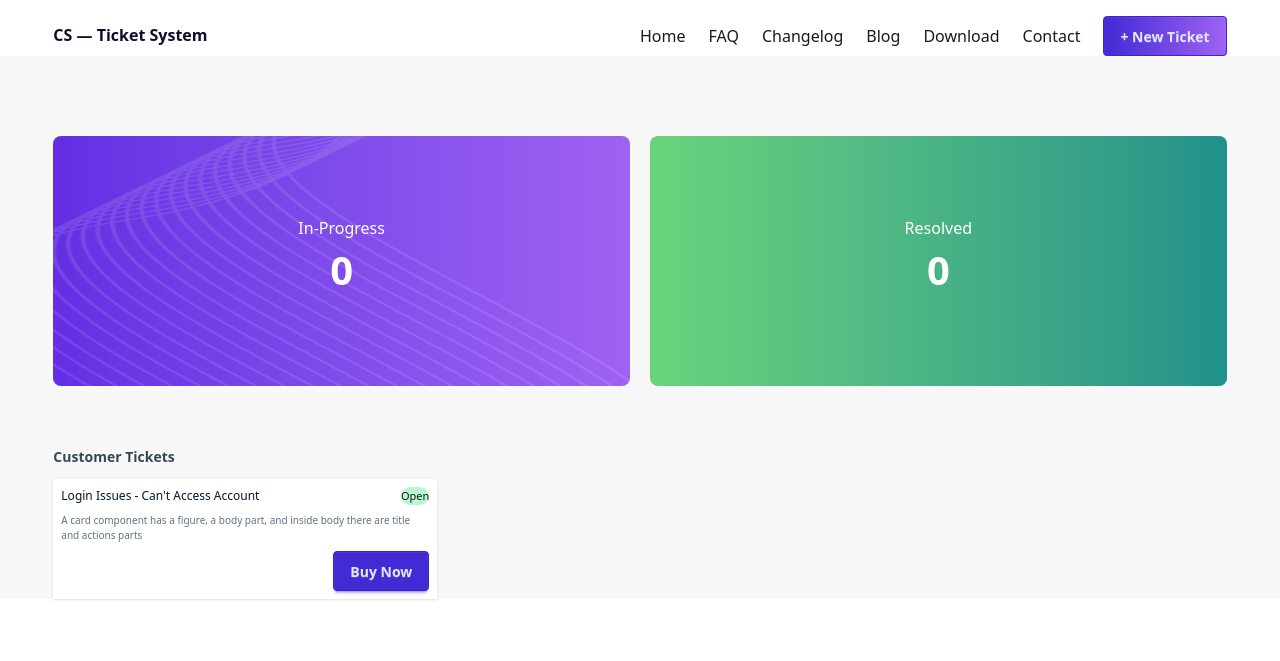
Repository: SanjidaSnigdha/Customer-Support-Zone
Page: /
An editor plug-in stored every save of this project. The page is shown before and after the next save, followed by the edit.
The browser window is 1280 px wide. The pictures show the whole page.
The project was rebuilt for these pictures with package versions that can differ from the ones it lists, and the page was loaded fresh each time. Also part of the build but not shown: vite.config.js, src/App.css.

Above is the page before, as saved 2026-03-24 03:32:57.

### index.html
<!doctype html>
<html lang="en">
  <head>
    <meta charset="UTF-8" />
    <link rel="icon" type="image/svg+xml" href="/favicon.svg" />
    <meta name="viewport" content="width=device-width, initial-scale=1.0" />
    <title>customer-support-zone</title>
  </head>
  <body>
    <div id="root"></div>
    <script type="module" src="/src/main.jsx"></script>
  </body>
</html>

### src/index.css
 @import "tailwindcss";
 @plugin "daisyui" {
  themes: light --default, dark --prefersdark;
  themes: light --default;
 }

### src/App.jsx
import { Suspense, useState } from 'react'
import './App.css'
import Navbar from './component/Navbar/Navbar'
import Banner from './component/Banner/Banner'
import CustomerTickets from './component/CustomerTickets/CustomerTickets'

const fetchTickets = async()=>{
  const res = await fetch("/customers.json")
  return res.json()
}

function App() {
  const customerPromise = fetchTickets()

  return (
    <>
    <div className='flex flex-col'>
   <Navbar></Navbar>
   <div className='flex-1 bg-base-200'>
    <Banner></Banner>
    <Suspense fallback={<span className="loading loading-spinner loading-xl"></span>
}>
          <CustomerTickets customerPromise={customerPromise}></CustomerTickets>

    </Suspense>
   </div>
   </div>

    </>
  )
}

export default App

### src/component/Navbar/Navbar.jsx
import React from 'react';

const Navbar = () => {
    return (
        <div className='flex justify-between w-11/12 mx-auto mt-4'>
            <div className='navbar-start'>
                <h1 className='w-[833px] h-[26px] font-bold text-[#130B2D]'>CS — Ticket System</h1>
            </div>
            <div className='navbar-end justify-between gap-3 text-[#000000]/90'>
                <a>Home</a>
                <a>FAQ</a>
                <a>Changelog</a>
                <a>Blog</a>
                <a>Download</a>
                <a>Contact</a>
         <button className='btn btn-primary bg-gradient-to-r from [#632EE3] to-[#9F62F2]'>+ New Ticket</button>
            </div>
        </div>
    );
};

export default Navbar;

### src/component/Banner/Banner.jsx
import React from 'react';
import vectorImg1 from '../../assets/vector1.png'
import vectorImg2 from '../../assets/vector2.png'

const Banner = () => {
    return (
        <div className='flex justify-between w-11/12 mx-auto mt-20 gap-5'>
            <div className='relative'>
             <img src={vectorImg1} alt="" className=' bg-gradient-to-r from-[#632EE3] to-[#9F62F2] w-[700px] h-[250px] rounded-[8px]'/>
             <p className='absolute text-center inset-20 text-[#FFFFFF]'>In-Progress<br /><span className='font-bold text-[#FFFFFF] text-[40px]'>
                0</span></p>

            </div>
            <div className='relative'>
      <img src={vectorImg2} alt="" className='bg-gradient-to-r from-[#54CF68] to-[#00827A] w-[700px] h-[250px] rounded-[8px]'/>
        <p className='absolute text-center inset-20 text-[#FFFFFF]'>Resolved<br /><span className='font-bold text-[#FFFFFF] text-[40px]'>
                0</span></p>

            </div>
        </div>
    );
};

export default Banner;

### src/component/CustomerTickets/CustomerTickets.jsx
import React, { use } from 'react';
const CustomerTickets = ({customerPromise}) => {
    const customerTicket = use(customerPromise)
    console.log(customerTicket)
    return (
        <div className='w-11/12 mx-auto'>
        <h1 className='font-semibold text-[#34485A] text-[14px] mt-15'>Customer Tickets</h1>

       <div className="card w-96 bg-base-100 card-xs shadow-sm mt-3 rounded-none">
  <div className="card-body">
    <div className='flex justify-between'>
     <h2 className="card-title text-[#001931] font-medium text-[12px]">Login Issues - Can't Access Account</h2>
     <button className='rounded-4xl bg-[#B9F8CF]'>Open</button>

    </div>
    <p className='text-[#627382] text-[10px] font-medium'>A card component has a figure, a body part, and inside body there are title and actions parts</p>
    <div className="justify-end card-actions">
      <button className="btn btn-primary">Buy Now</button>
    </div>
  </div>
</div>
        </div>
    );
};

export default CustomerTickets;

### public/customers.json
[
  {
    "id": 1,
    "title": "Login Issue",
    "description": "Customer unable to login with correct credentials.",
    "customer": "Alice Johnson",
    "priority": "High",
    "status": "Open",
    "createdAt": "2026-03-20T10:15:00Z"
  },
  {
    "id": 2,
    "title": "Payment Failure",
    "description": "Transaction failed while trying to purchase subscription.",
    "customer": "Bob Smith",
    "priority": "High",
    "status": "Pending",
    "createdAt": "2026-03-21T14:22:00Z"
  },
  {
    "id": 3,
    "title": "Feature Request",
    "description": "Request to add dark mode in dashboard.",
    "customer": "Charlie Brown",
    "priority": "Medium",
    "status": "Open",
    "createdAt": "2026-03-22T09:30:00Z"
  },
  {
    "id": 4,
    "title": "Bug in Reports",
    "description": "Monthly report shows incorrect sales numbers.",
    "customer": "Diana Prince",
    "priority": "High",
    "status": "In Progress",
    "createdAt": "2026-03-22T11:45:00Z"
  },
  {
    "id": 5,
    "title": "Password Reset",
    "description": "Customer forgot password and cannot reset it via email.",
    "customer": "Ethan Hunt",
    "priority": "Medium",
    "status": "Resolved",
    "createdAt": "2026-03-23T08:10:00Z"
  },
  {
    "id": 6,
    "title": "Account Deactivation",
    "description": "Customer wants to deactivate account permanently.",
    "customer": "Fiona Gallagher",
    "priority": "Low",
    "status": "Pending",
    "createdAt": "2026-03-23T12:05:00Z"
  },
  {
    "id": 7,
    "title": "App Crash",
    "description": "Mobile app crashes when opening settings page.",
    "customer": "George Martin",
    "priority": "High",
    "status": "Open",
    "createdAt": "2026-03-24T07:50:00Z"
  },
  {
    "id": 8,
    "title": "Invoice Issue",
    "description": "Invoice generated shows wrong billing amount.",
    "customer": "Hannah Lee",
    "priority": "Medium",
    "status": "In Progress",
    "createdAt": "2026-03-24T09:30:00Z"
  },
  {
    "id": 9,
    "title": "Email Notifications",
    "description": "Customer not receiving notification emails.",
    "customer": "Ian Curtis",
    "priority": "Medium",
    "status": "Open",
    "createdAt": "2026-03-24T10:00:00Z"
  },
  {
    "id": 10,
    "title": "Data Export",
    "description": "Unable to export CSV from analytics dashboard.",
    "customer": "Jessica Alba",
    "priority": "Low",
    "status": "Resolved",
    "createdAt": "2026-03-24T11:15:00Z"
  }
]

Loaded but not shown: src/main.jsx (common file)

After the next save:
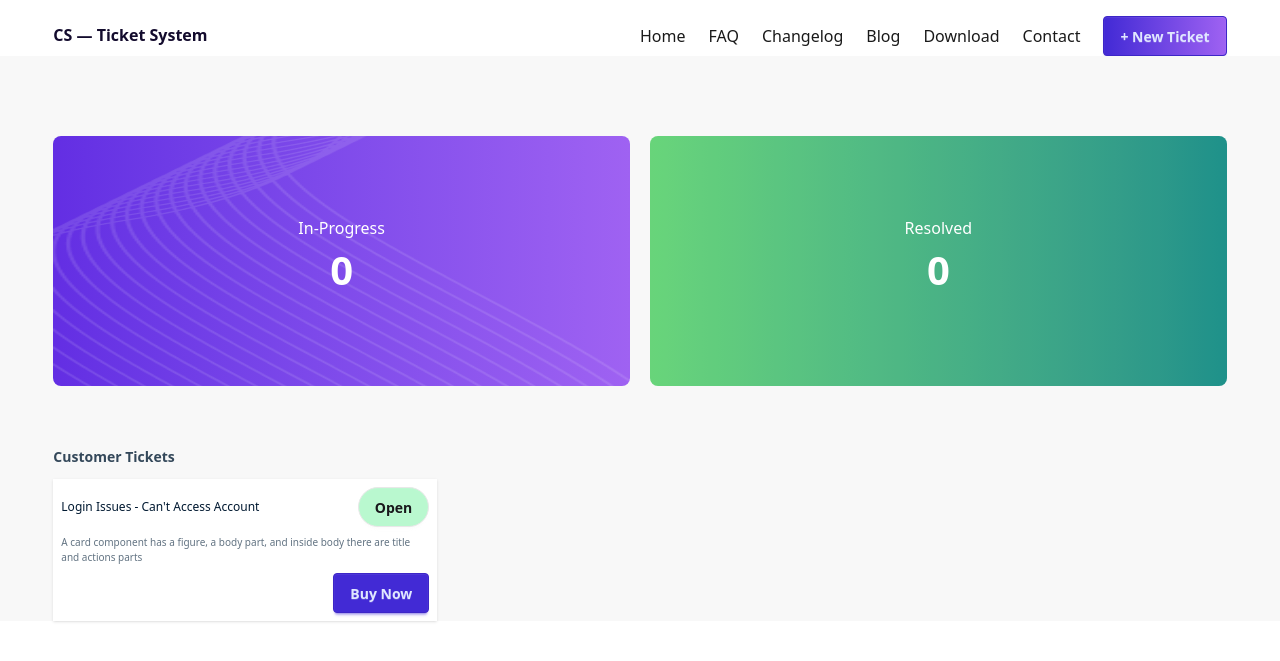
Saved 20 s later.
--- a/src/component/CustomerTickets/CustomerTickets.jsx
+++ b/src/component/CustomerTickets/CustomerTickets.jsx
@@ -10,7 +10,7 @@
   <div className="card-body">
     <div className='flex justify-between'>
      <h2 className="card-title text-[#001931] font-medium text-[12px]">Login Issues - Can't Access Account</h2>
-     <button className='rounded-4xl bg-[#B9F8CF]'>Open</button>
+     <button className='rounded-4xl bg-[#B9F8CF] btn'>Open</button>
 
     </div>
     <p className='text-[#627382] text-[10px] font-medium'>A card component has a figure, a body part, and inside body there are title and actions parts</p>

After the save that followed:
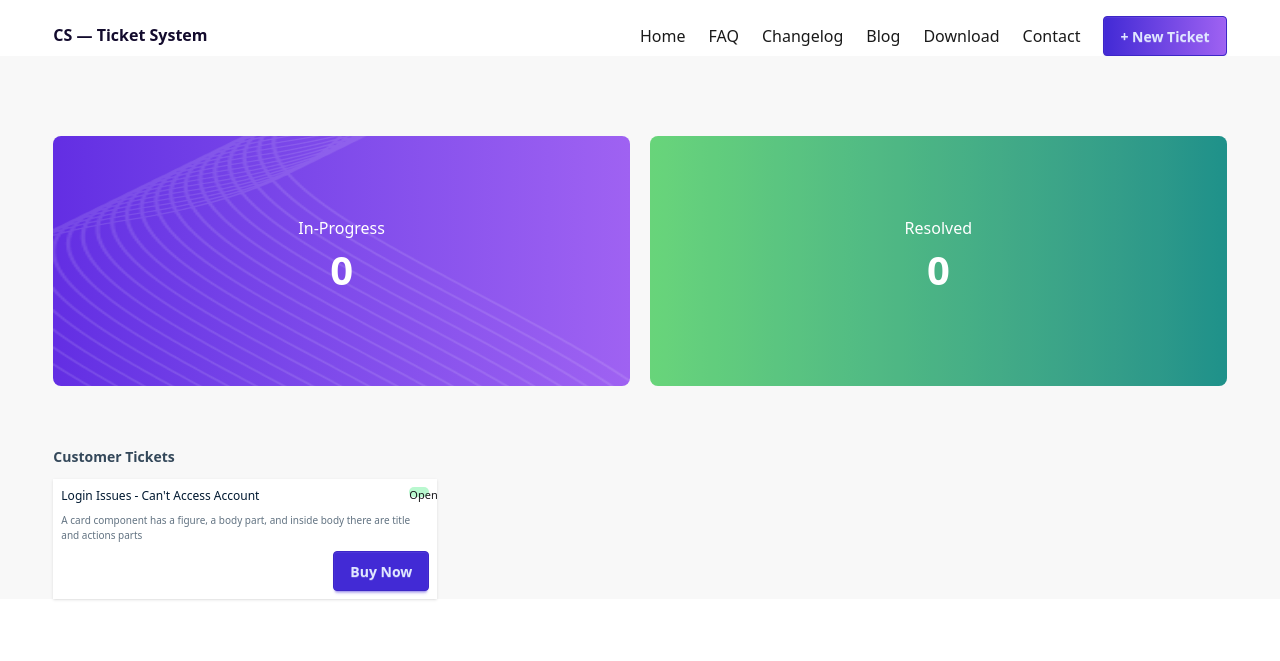
Saved 41 s later.
--- a/src/component/CustomerTickets/CustomerTickets.jsx
+++ b/src/component/CustomerTickets/CustomerTickets.jsx
@@ -10,7 +10,7 @@
   <div className="card-body">
     <div className='flex justify-between'>
      <h2 className="card-title text-[#001931] font-medium text-[12px]">Login Issues - Can't Access Account</h2>
-     <button className='rounded-4xl bg-[#B9F8CF] btn'>Open</button>
+     <button className='rounded-4xl bg-[#B9F8CF] w-[20px] h-[10px]'>Open</button>
 
     </div>
     <p className='text-[#627382] text-[10px] font-medium'>A card component has a figure, a body part, and inside body there are title and actions parts</p>
